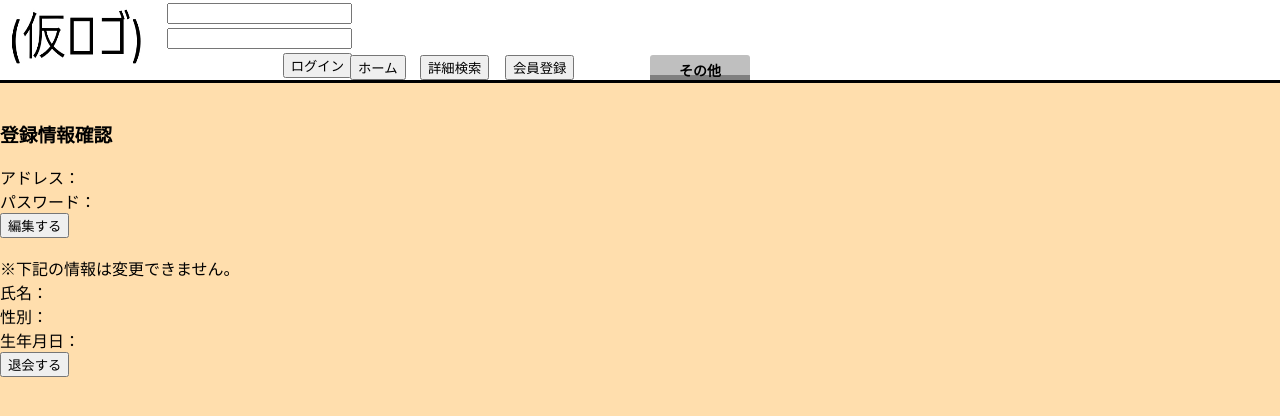
Repository: k0816/backup-master
Page: http://localhost/cycle/userInfo.jsp
The author's editor kept a copy of each file at every save. The page is drawn from the files as they stood at one save, then again after the next save.
The browser window is 1280 px wide. The pictures show the whole page.
The page is served by Tomcat 9.

Above is the page before, as saved 2018-01-22 05:27:07.

After the next save:
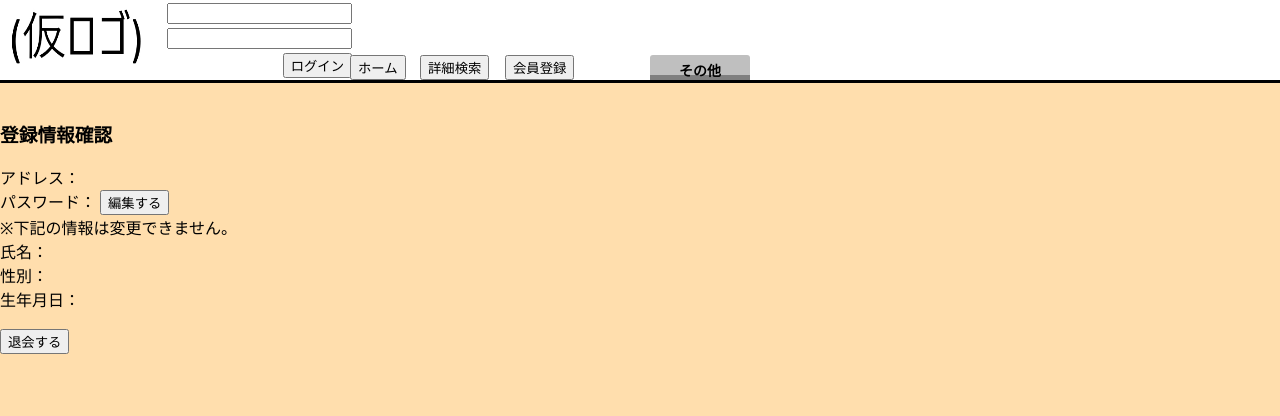
Saved 3 min 5 s later.
--- a/cycle/WebContent/userInfo.jsp
+++ b/cycle/WebContent/userInfo.jsp
@@ -13,19 +13,23 @@
 
 	<h3>登録情報確認</h3>
 
-
+	<form action="UserInfoEditAction">
 	アドレス：<s:property value="loginAddress" />
+	<s:hidden name="loginAddress" value="%{loginAddress}"/>
 	<br>
 	パスワード：<s:property value="loginPassword" />
-	<form action="UserInfoEditAction">
+	<s:hidden name="loginPassword" value="%{loginPassword}"/>
 		<input type="submit" value="編集する" />
-	</form>
     <br>※下記の情報は変更できません。<br>
 	氏名：<s:property value="userName" />
+	<s:hidden name="userName" value="%{userName}"/>
 	<br>
 	性別：<s:property value="gender" />
+	<s:hidden name="gender" value="%{gender}"/>
 	<br>
 	生年月日：<s:date name="birthday" format="yyyy年MM月dd日" />
+	<s:hidden name="birthday" value="%{birthday}"/>
+	</form>
 
 
     <br>
